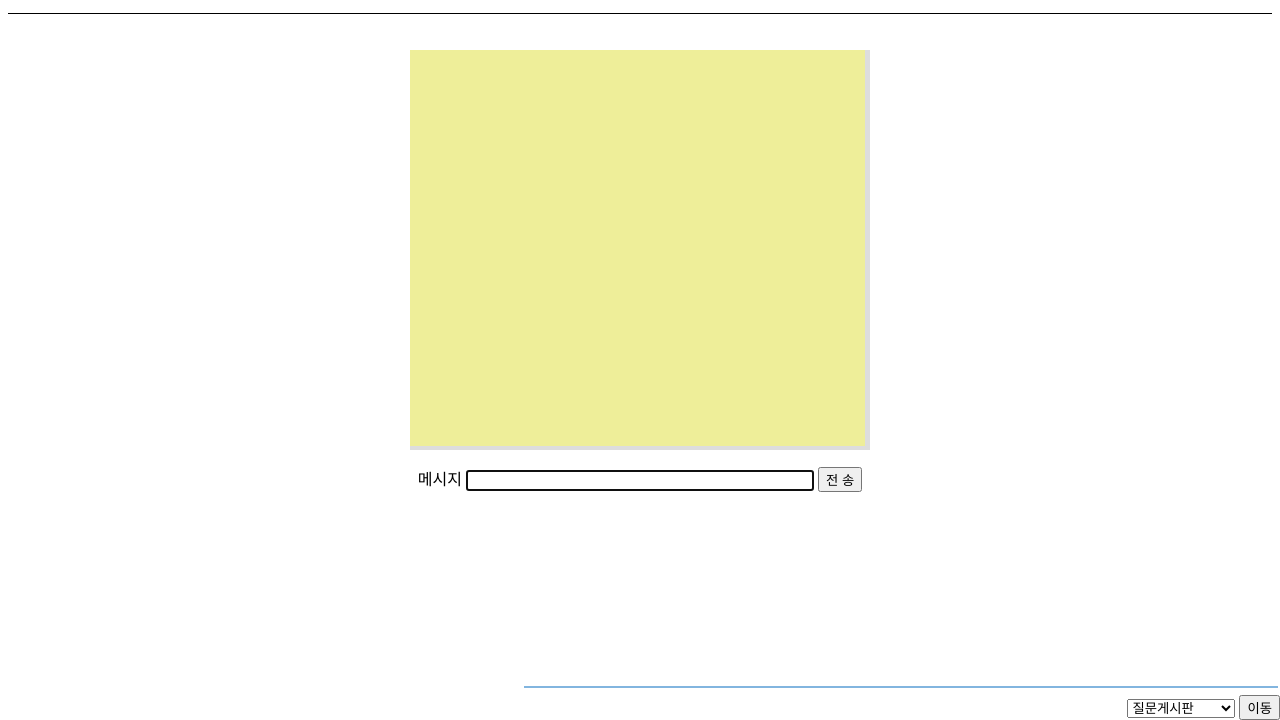
Repository: kalmia26/Capstone
Page: LectureSystem/WebContent/chat_client.html
An editor plug-in stored every save of this project. The page is shown before and after the next save, followed by the edit.
The browser window is 1280 px wide. The pictures show the whole page.

Above is the page before, as saved 2017-05-24 02:04:29.

After the next save:
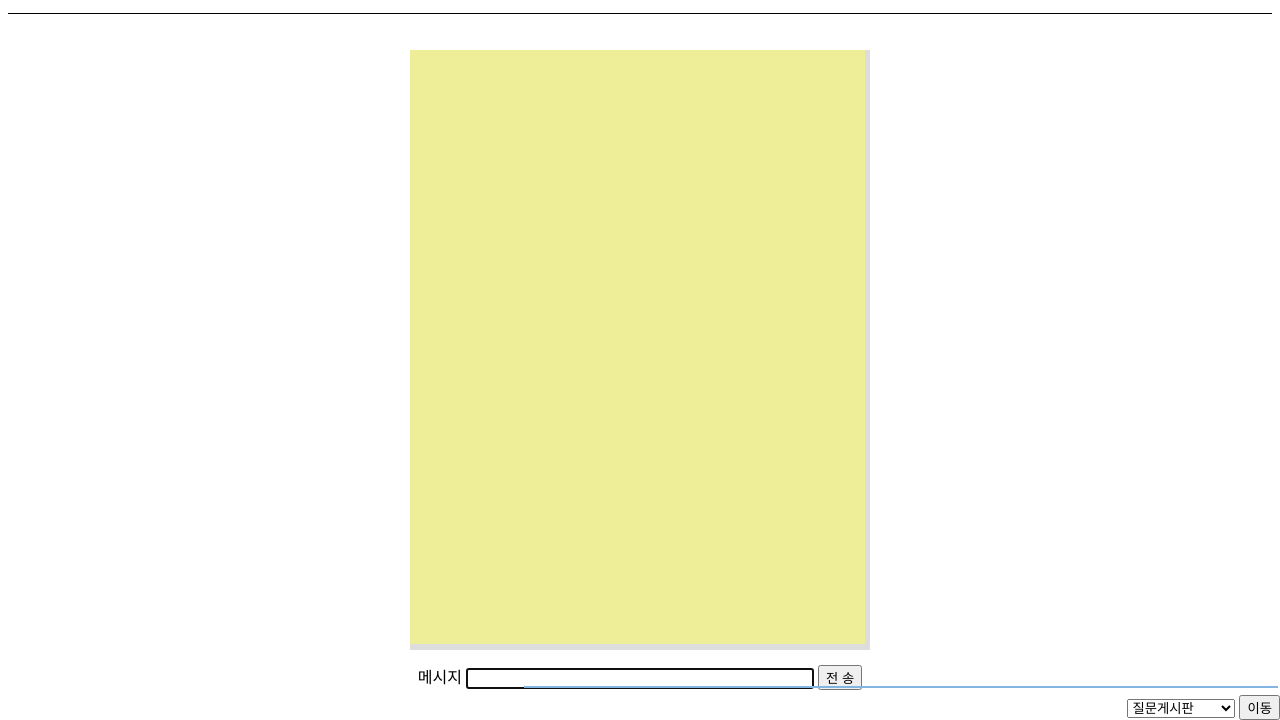
Saved 47 s later.
--- a/LectureSystem/WebContent/chat_client.html
+++ b/LectureSystem/WebContent/chat_client.html
@@ -103,7 +103,7 @@ function sendResultHandler(){
   div.outer {
    background-color:#dddddd;
    border-color 1px solid black;
-   width:460px; height:400px;
+   width:460px; height:600px;
    text-align: center;
   }
   input.chatbox { width:340px; }
